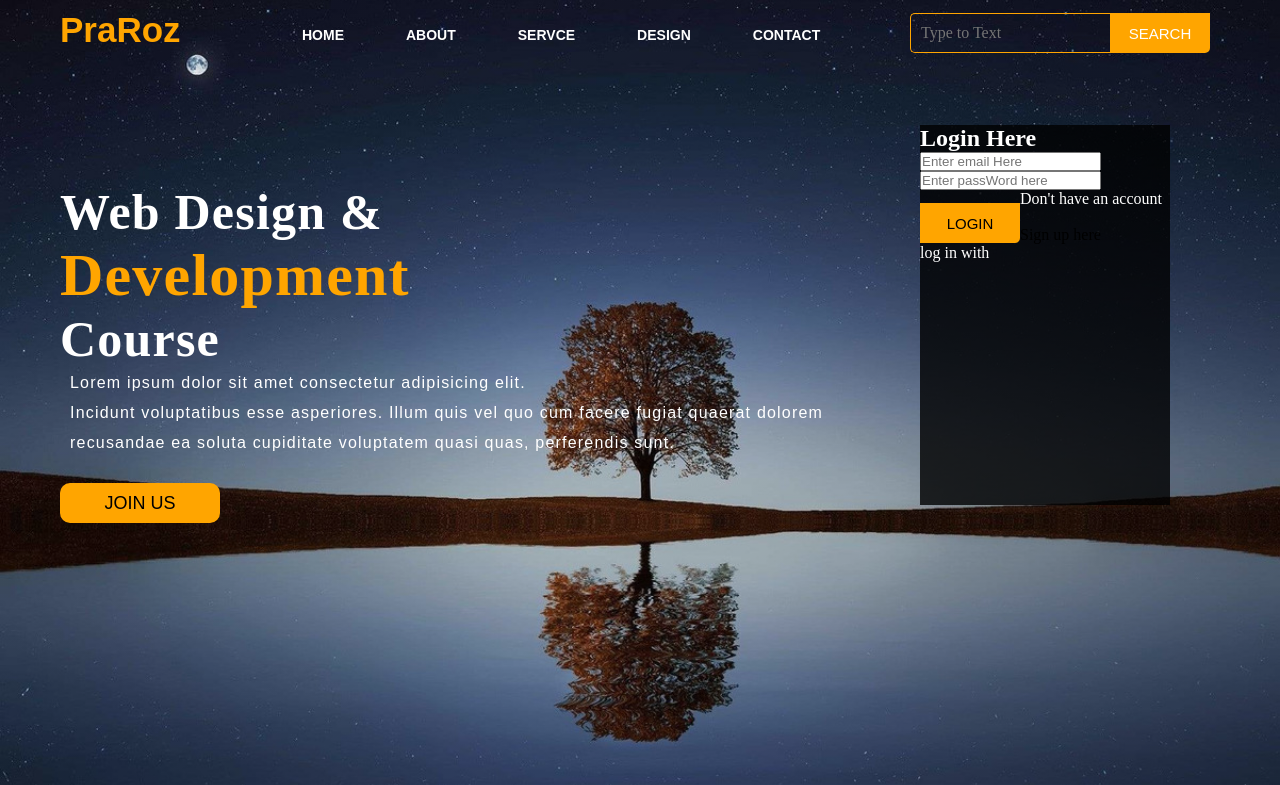
Repository: HuynhDuc23/project3
Page: index.html
An editor plug-in stored every save of this project. The page is shown before and after the next save, followed by the edit.
The browser window is 1280 px wide. The pictures show the whole page.

Above is the page before, as saved 2023-05-04 15:43:25.

### index.html
<html lang="en">
<head>
    <meta charset="UTF-8">
    <meta http-equiv="X-UA-Compatible" content="IE=edge">
    <meta name="viewport" content="width=device-width, initial-scale=1.0">
    <link rel="stylesheet" href="https://cdnjs.cloudflare.com/ajax/libs/font-awesome/6.4.0/css/all.min.css" integrity="sha512-iecdLmaskl7CVkqkXNQ/ZH/XLlvWZOJyj7Yy7tcenmpD1ypASozpmT/E0iPtmFIB46ZmdtAc9eNBvH0H/ZpiBw==" crossorigin="anonymous" referrerpolicy="no-referrer" />
    <link rel="stylesheet" href="style.css">
    <title>Document</title>
</head>
<body>
    <div class="main">
        <div class="navbar">
            <div class="icon">
                <h2 class="logo">PraRoz</h2>
            </div>
            <div class="menu">
                <ul>
                    <li><a href="#">HOME</a> </li>
                    <li><a href="#">ABOUT</a></li>
                    <li><a href="#">SERVCE</a></li>
                    <li><a href="#">DESIGN</a></li>
                    <li><a href="#">CONTACT</a></li>
                </ul>
            </div>
            <div class="search">
                <input type="search" class="srch" placeholder="Type to Text">
                <a href="#"><button class="btn">Search</button></a>
            </div>
        </div>
        <div class="content">
            <h1>Web Design & <br> <span>Development</span><br>Course</h1>
            <p class="para">Lorem ipsum dolor sit amet consectetur adipisicing elit. <br> Incidunt voluptatibus esse asperiores. Illum quis vel quo cum facere fugiat quaerat dolorem <br> recusandae ea soluta cupiditate voluptatem quasi quas, perferendis sunt.</p>


            <button class="cn" ><a  href="#">JOIN US</a></button>
            <div class="form">
                <h2>Login Here</h2>
                <input type="email" name="email" placeholder="Enter email Here">
                <input type="password" name="password" placeholder="Enter passWord here">
                <button class="btn"><a href="#">Login</a></button>

                <p class="link">Don't have an account </p> <br>
                <a href="#">Sign up here</a>
                <p class="liw">log in with</p>
            </div>
        </div>
    </div>
</body>
</html>

### style.css
* {
    margin: 0;
    padding: 0;
}
.main {
    width: 100%;
    background-image: linear-gradient(to right bottom , rgba(176, 55, 55, 0),rgba(0, 0, 0, 0.286)),url("img/Project3.png");
    background-position: center;
    background-size: cover;
    background-repeat: no-repeat;
    height: 109vh;
}
.navbar
{
    width: 1200px;
    height: 75px;
    margin: auto;
    /* overflow: hidden; */
}
.icon {
    width: 200px;
    float: left;
    height: 70px;

}
.logo {
    color: orange;
    font-size: 35px;
    font-family: Arial, Helvetica, sans-serif;
    padding-left: 20px;
    float: left;
    padding-top: 10px;
}
.menu {
    width: 400px;
    height: 70px;
    float: left;
}
ul {
    float: left;
    display: flex;
    justify-content: center;
    align-items: center;
}
ul li {
    list-style: none;
     margin-left: 62px;
     margin-top: 27px;
     font-size: 14px;
}
ul li a {
    text-decoration: none;
    color: white;
    text-transform: uppercase;
    font-family: Arial, Helvetica, sans-serif;
    transition: 0.5s ease-in-out;
    font-weight: bold;

}
ul li a:hover {
    color: orange;
}
.search {
    width: 330px;
    margin-left: 270px;
    float: left;
}
.srch {
    font-family: 'Times New Roman', Times, serif;
    width: 200px;
    height: 40px;
    background: transparent;
    border: 1px solid orange;
    margin-top: 13px;
    color: white;
    border-right: none;
    font-size: 16px;
    padding: 10px;
    float: left;
    border-bottom-left-radius: 5px;
    border-top-left-radius: 5px;
}
.btn {
    width: 100px;
    height: 40px;
    margin-top: 13px;
    color: white;
    background-color: orange;
    text-transform: uppercase;
    border: 2px solid orange;
    /* border-radius: 5px; */
    border-bottom-right-radius: 5px;

    font-size: 15px;
    float: left;
    cursor: pointer;

}
.btn:focus {
    outline: none;
}
.srch:focus {
    outline: none;
}
.content {
    width: 1200px;
    height: auto;
    margin: auto;
    color: white;
    position: relative;
}
.content .para {
    padding-left: 30px;
    padding-bottom: 25px;
    font-family: Arial, Helvetica, sans-serif;
    letter-spacing: 1.2px;
    line-height: 30px;
}
.content h1 {
    font-size: 50px;
    font-family: 'Times New Roman', Times, serif;
    padding-left: 20px;
    padding-top: 9%;
    letter-spacing: 1.2px;

}
.content .cn {

    width: 160px;
    height: 40px;
    background-color: orange;
    border: none;
    margin-bottom: 10px;
    margin-left: 20px;
    font-size: 18px;
    border-radius: 10px;
    transition: 0.5s ease;
    cursor: pointer;

}
.content a {
    text-decoration: none;
    color: black;
    transition: 0.4s ease;
}
.cn:hover {
    background-color: white;
}
.content span {
    color: orange;
    font-size: 60px;
    font-weight: bold;
}
.form {
    width: 250px;
    height: 380px;
    background: linear-gradient(to top , rgba(0,0,0,0.8)50% ,rgba(0,0,0,0.8)50% );
    position: absolute;
    top: 50px ;
    left: 880px;

}

After the next save:
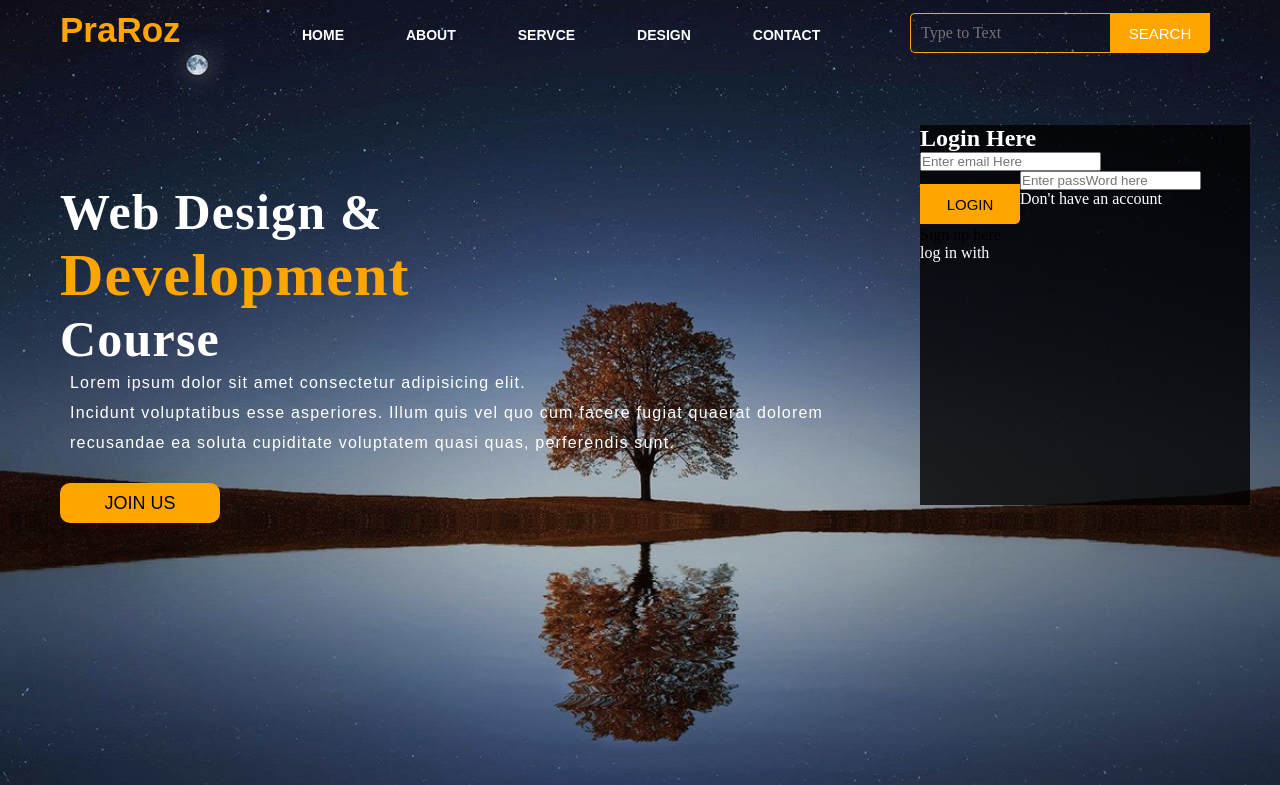
Saved 14 s later.
--- a/style.css
+++ b/style.css
@@ -152,7 +152,7 @@
     font-weight: bold;
 }
 .form {
-    width: 250px;
+    width: 330px;
     height: 380px;
     background: linear-gradient(to top , rgba(0,0,0,0.8)50% ,rgba(0,0,0,0.8)50% );
     position: absolute;

After the save that followed:
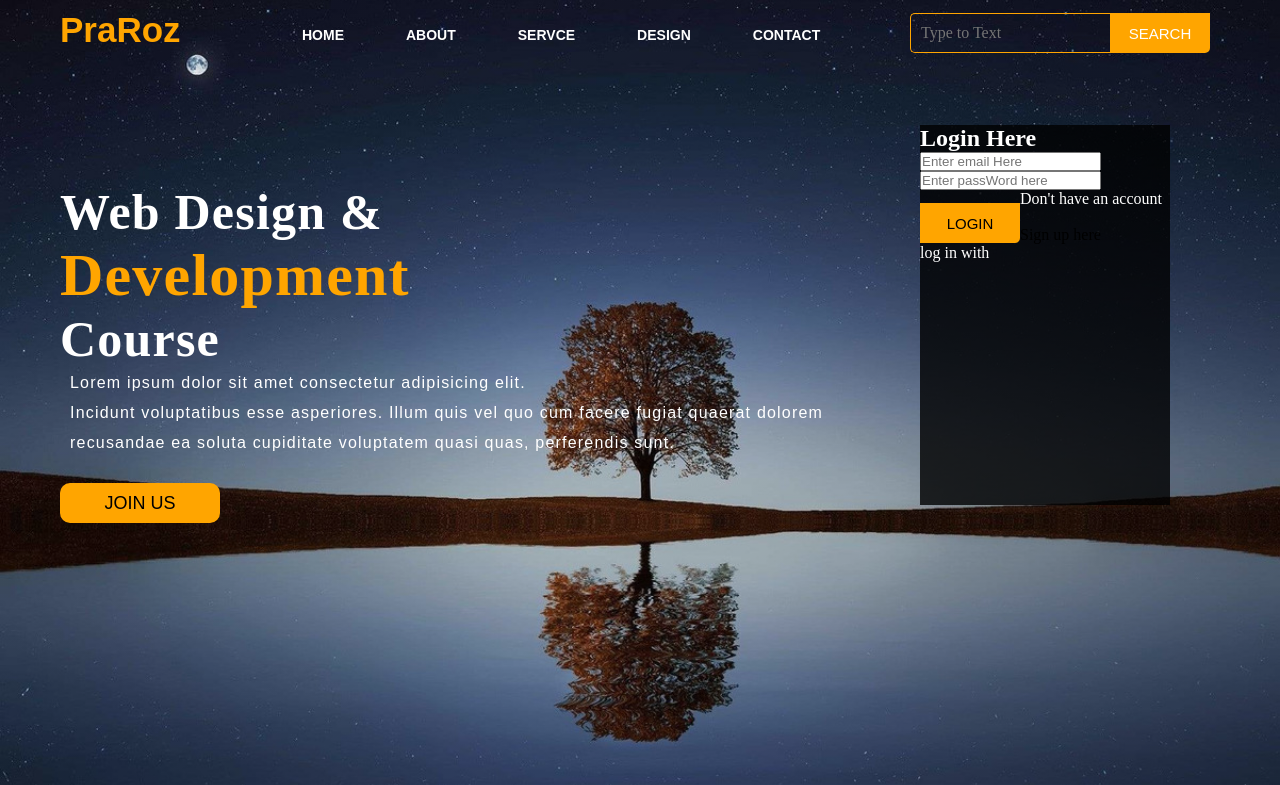
Saved 25 s later.
--- a/style.css
+++ b/style.css
@@ -152,7 +152,7 @@
     font-weight: bold;
 }
 .form {
-    width: 330px;
+    width: 250px;
     height: 380px;
     background: linear-gradient(to top , rgba(0,0,0,0.8)50% ,rgba(0,0,0,0.8)50% );
     position: absolute;
